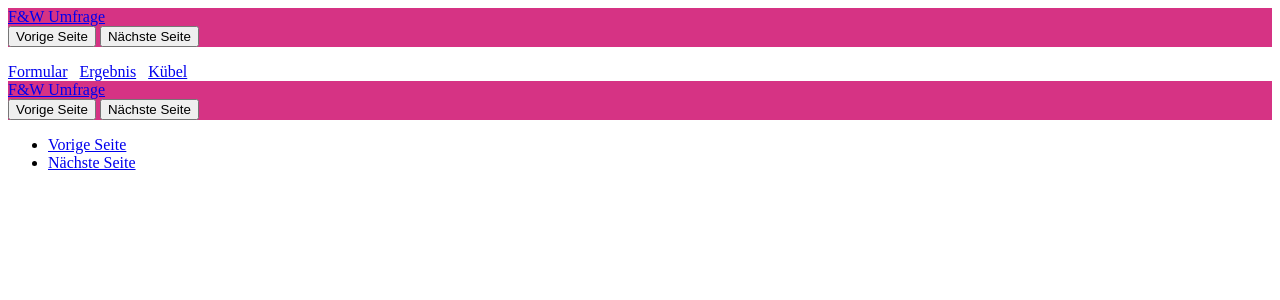
Repository: stephane71183101/Stephane-Personal-Health-Survey
Page: http://localhost/includes/header.php
The author's editor kept a copy of each file at every save. The page is drawn from the files as they stood at one save, then again after the next save.
The browser window is 1280 px wide. The pictures show the whole page.
The page is run by PHP 8.4 with error messages shown; the project is at /var/www/html/.

Above is the page before, as saved 2022-03-16 10:33:02.

### includes/header.php

<header>
<nav class="navbar navbar-expand-lg navbar-light" style="background-color:#d63384">
    <div class="container-fluid">
        <a class="navbar-brand text-white" href="#">F&W Umfrage</a>
    <div class="nav justify-content-end" id="navbarNav">
    <form class="d-flexme-2">

    <button class="btn btn-outline-dark" type="submit">Vorige Seite</button>
    <button class="btn btn-outline-dark" type="submit">Nächste Seite</button>

    <?php /*
    include 'includes/nav-button-start.php'
    */
    ?>

</form>
    </div>
</nav>
</header>


<?php
$menuItems = array (
  array("/libelingstier.php", "Formular"),
  array("/lieblingstierResult.php", "Ergebnis"),
  array("/lieblingsfarbe.php", "Kübel")
  );
  foreach ($menuItems as $item) {
    echo "<a href='$item[0]'>$item[1]</a>&nbsp;&nbsp;&nbsp;";
  }
?>
</nav>

<header>
    <nav class="navbar navbar-expand-lg navbar-light" style="background-color:#d63384"> <!-- -->
    <div class="container-fluid"> <!-- -->
        <a class="navbar-brand text-white" href="#">F&W Umfrage</a> <!-- -->
        <div class="nav justify-content-end" id="navbarNav"> <!-- -->
            <form class="d-flexme-2">
                <button class="btn btn-outline-dark" type="submit">Vorige Seite</button>
                <button class="btn btn-outline-dark" type="submit">Nächste Seite</button>
            </form>
        </div>
    </div>
    </nav>
</header>

        <div class="navbar-collapse collapse">
            <ul class="nav navbar-nav navbar-right">
                <li><a href="#">Vorige Seite</a></li>
                <li><a href="#">Nächste Seite</a></li>
            </ul>
        </div>
    </div>
</header>

After the next save:
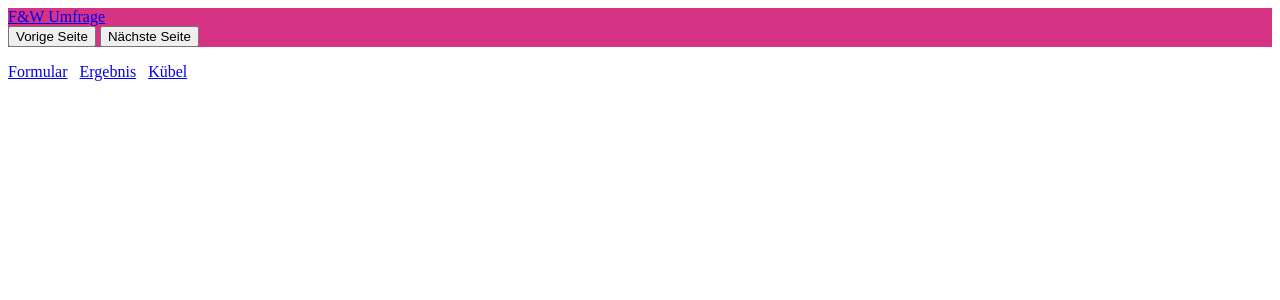
Saved 43 s later.
--- a/includes/header.php
+++ b/includes/header.php
@@ -9,7 +9,8 @@
     <button class="btn btn-outline-dark" type="submit">Vorige Seite</button>
     <button class="btn btn-outline-dark" type="submit">Nächste Seite</button>
 
-    <?php /*
+    <?php
+    /*
     include 'includes/nav-button-start.php'
     */
     ?>
@@ -30,27 +31,3 @@ $menuItems = array (
     echo "<a href='$item[0]'>$item[1]</a>&nbsp;&nbsp;&nbsp;";
   }
 ?>
-</nav>
-
-<header>
-    <nav class="navbar navbar-expand-lg navbar-light" style="background-color:#d63384"> <!-- -->
-    <div class="container-fluid"> <!-- -->
-        <a class="navbar-brand text-white" href="#">F&W Umfrage</a> <!-- -->
-        <div class="nav justify-content-end" id="navbarNav"> <!-- -->
-            <form class="d-flexme-2">
-                <button class="btn btn-outline-dark" type="submit">Vorige Seite</button>
-                <button class="btn btn-outline-dark" type="submit">Nächste Seite</button>
-            </form>
-        </div>
-    </div>
-    </nav>
-</header>
-
-        <div class="navbar-collapse collapse">
-            <ul class="nav navbar-nav navbar-right">
-                <li><a href="#">Vorige Seite</a></li>
-                <li><a href="#">Nächste Seite</a></li>
-            </ul>
-        </div>
-    </div>
-</header>
